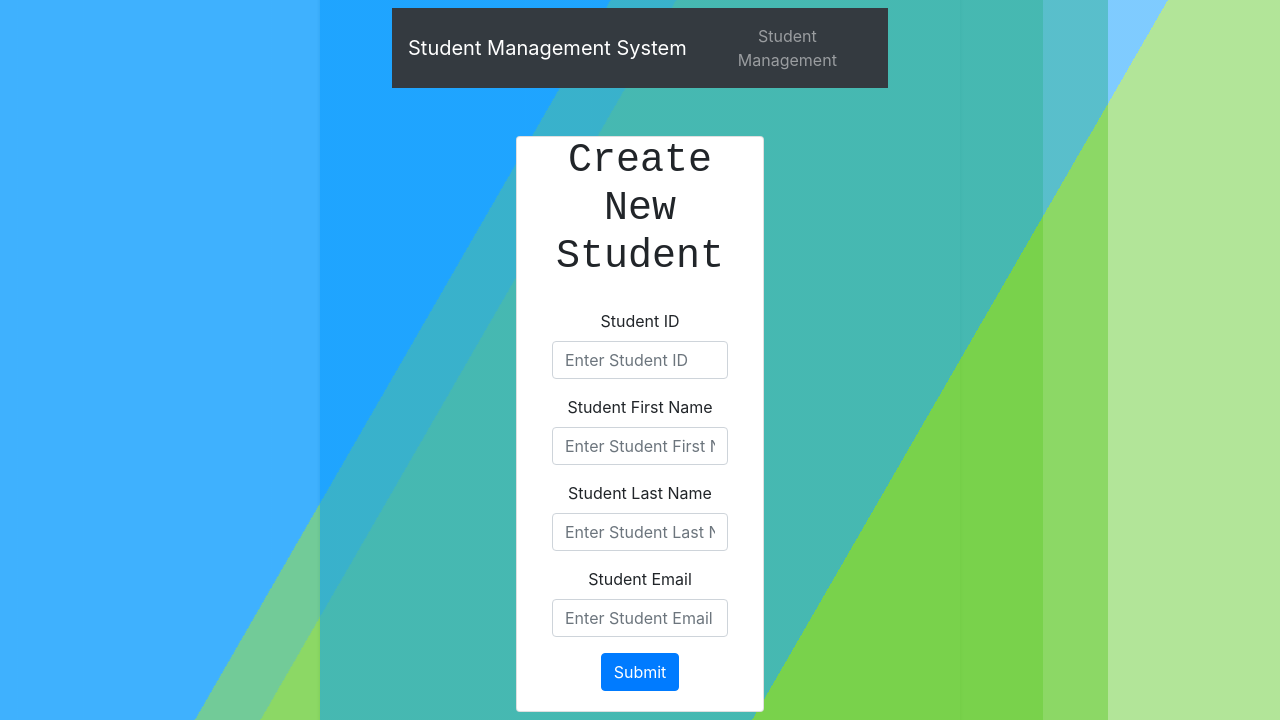
Repository: Luckysenapati/student-management-system
Page: http://localhost/create_student
The author's editor kept a copy of each file at every save. The page is drawn from the files as they stood at one save, then again after the next save.
The browser window is 1280 px wide. The pictures show the whole page.
The page is this project's Thymeleaf template; nobody is signed in. The template is opened directly, without the code that normally fills it, so the values that code supplies are empty.

Above is the page before, as saved 2024-12-22 15:44:25.

After the next save:
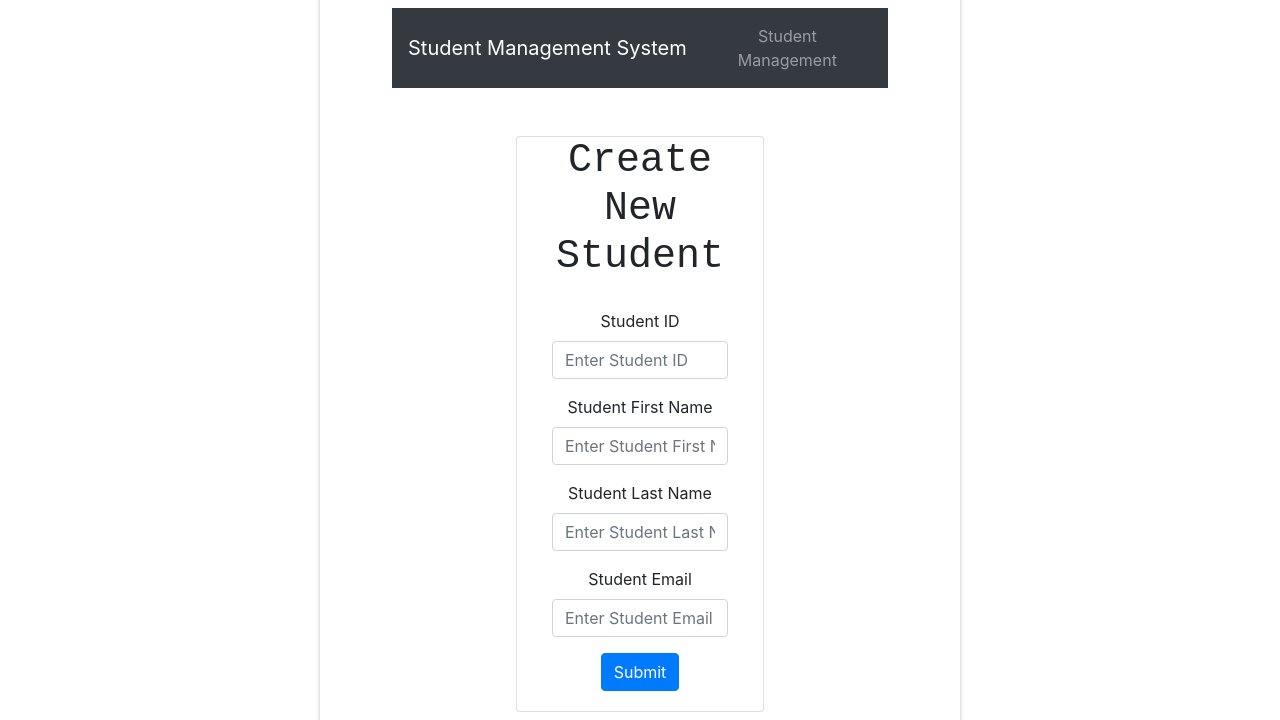
Saved 56 s later.
--- a/springboot project Gr11/student-management-system/src/main/resources/templates/create_student.html
+++ b/springboot project Gr11/student-management-system/src/main/resources/templates/create_student.html
@@ -66,14 +66,9 @@
 </head>
 <body>
 <div class="content">
-	<nav class="navbar navbar-expand-md bg-dark navbar-dark">
-	<div class="bg"></div>
-	<div class="bg bg2"></div>
-	<div class="bg bg3"></div>
 
 
-
-
+<nav class="navbar navbar-expand-md bg-dark navbar-dark">
   <!-- Brand -->
   <a class="navbar-brand" href="#">Student Management System</a>
 

After the save that followed:
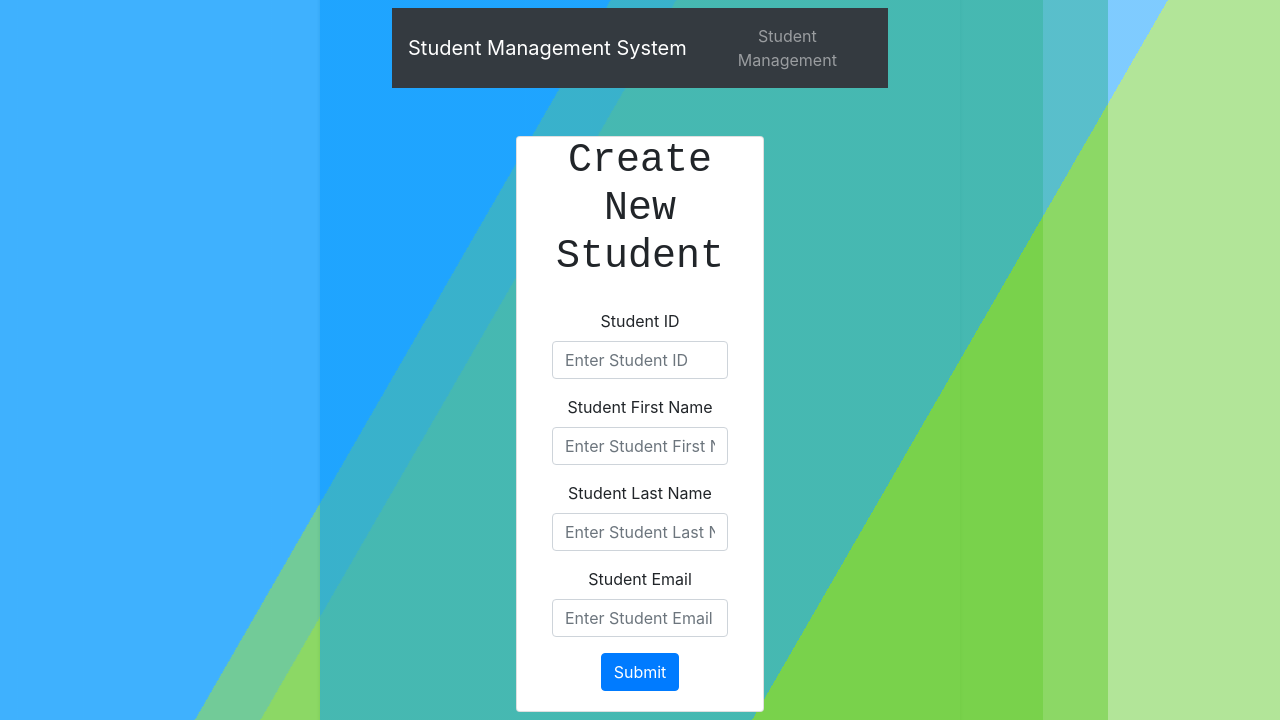
Saved 44 s later.
--- a/springboot project Gr11/student-management-system/src/main/resources/templates/create_student.html
+++ b/springboot project Gr11/student-management-system/src/main/resources/templates/create_student.html
@@ -149,6 +149,9 @@
 			</div>
 		</div>
 	</div>
+	<div class="bg"></div>
+		<div class="bg bg2"></div>
+		<div class="bg bg3"></div>
 </div>
 </body>
 </html>
